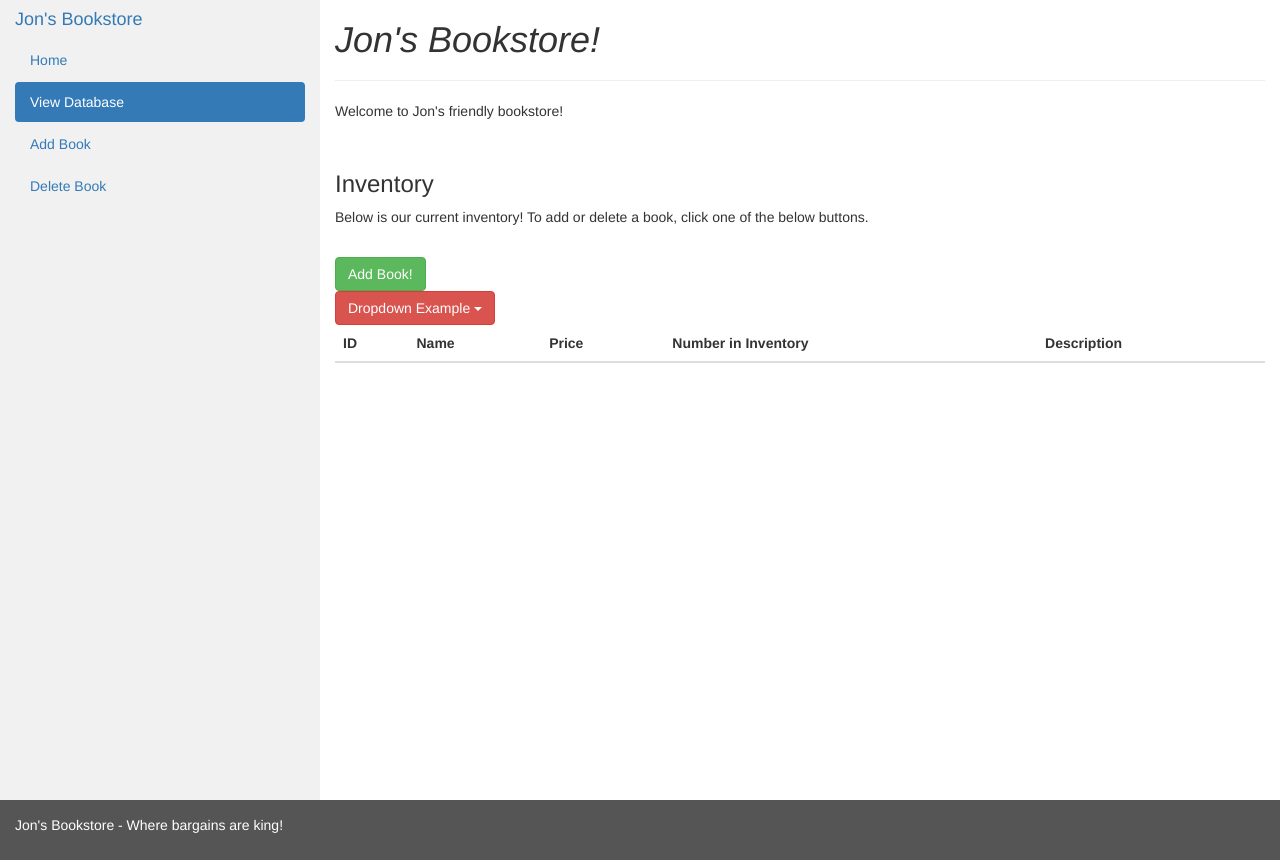
Repository: Inferno51/bookstoreproject
Page: http://localhost/bookstore/readfromdb.jsp
An editor plug-in stored every save of this project. The page is shown before and after the next save, followed by the edit.
The browser window is 1280 px wide. The pictures show the whole page.
The page is served by Tomcat 9. Other server files are loaded and not shown. Queries for data that is not in the repository find no rows.

Above is the page before, as saved 2016-09-02 18:06:19.

### bookstore/src/main/webapp/readfromdb.jsp
<%@page import="com.bookstore.DAO"%>
<%@page import="com.bookstore.Book"%>
<%@ page language="java" contentType="text/html; charset=ISO-8859-1"
	pageEncoding="ISO-8859-1"%>
<!DOCTYPE html PUBLIC "-//W3C//DTD HTML 4.01 Transitional//EN" "http://www.w3.org/TR/html4/loose.dtd">
<html>
<head>
<title>Jon's Bookstore</title>
<meta http-equiv="Content-Type" content="text/html; charset=ISO-8859-1">
<meta charset="utf-8">
<meta name="viewport" content="width=device-width, initial-scale=1">
<link rel="stylesheet" href="styles.css">
<link rel="stylesheet"
	href="http://maxcdn.bootstrapcdn.com/bootstrap/3.3.7/css/bootstrap.min.css">
<script
	src="https://ajax.googleapis.com/ajax/libs/jquery/1.12.4/jquery.min.js"></script>
<script
	src="http://maxcdn.bootstrapcdn.com/bootstrap/3.3.7/js/bootstrap.min.js"></script>
</head>
<body>
	<div class="container-fluid">
		<div class="row content">
			<div class="col-sm-3 sidenav">
				<h4>
					<a href="index.html">Jon's Bookstore</a>
				</h4>
				<ul class="nav nav-pills nav-stacked">
					<li><a href="index.html">Home</a></li>
					<li class="active"><a href="readfromdb.jsp">View Database</a></li>
					<li><a href="addbook.html">Add Book</a></li>
					<li><a href="deletebook.html">Delete Book</a></li>
				</ul>
				<br>
			</div>

			<div class="col-sm-9">
				<h1>
					<em>Jon's Bookstore!</em>
					</h4>
					<hr>
					<p>Welcome to Jon's friendly bookstore!</p>
					<br>
					<h3>Inventory</h3>
					<p>Below is our current inventory! To add or delete a book,
						click one of the below buttons.</p>
					<br>
					<a href="addbook.html" class="btn btn-success" role="button">Add Book!</a>

					<div class="dropdown" id="deleteDropDown">
					    <form id="deleting" action="DeleteFromDB" method="POST">
						    <button class="btn btn-danger dropdown-toggle" type="button" data-toggle="dropdown">Dropdown Example
						    	<span class="caret"></span>
						    </button>
							    <ul class = "dropdown-menu" role = "menu" name = "deletename">
							    	<li role = "presentation">
							    		<option selected="selected" style="display:none">Select a Book to Delete.</option>
									    	<%
												com.bookstore.DAO.readFromDB();
											%>
											<%
												Book readToJSP = new Book();


												for (int i = 0; i < DAO.ourBooks.size(); i++) {
													readToJSP = DAO.ourBooks.get(i);
											%>
											<option><%=readToJSP.getBookName()%></option>
											<% } %>
							    	</li>
							    </ul>
					    </form>
				  	</div>

					<table class="table table-striped">
						<thead>
							<tr>
								<th>ID</th>
								<th>Name</th>
								<th>Price</th>
								<th>Number in Inventory</th>
								<th>Description</th>
							</tr>
						</thead>
						<tbody>
							<%
								Book displayBook = new Book();

								for (int j = 0; j < DAO.ourBooks.size(); j++) {
									displayBook = DAO.ourBooks.get(j);
							%>
							<tr>
								<td><%=displayBook.getBookID()%></td>
								<td><%=displayBook.getBookName()%></td>
								<td><%=displayBook.getBookPrice()%></td>
								<td><%=displayBook.getBookCount()%></td>
								<td><%=displayBook.getBookDesc()%></td>
							</tr>
							<%
								}
								DAO.ourBooks.clear();
							%>

						</tbody>
					</table>

			</div>
		</div>
	</div>

	<footer class="container-fluid">
	<p>Jon's Bookstore - Where bargains are king!</p>
	</footer>
</body>
</html>

### bookstore/src/main/java/com/bookstore/DAO.java
package com.bookstore;

import java.sql.*;
import java.util.ArrayList;

public class DAO {

	static final String JDBC_DRIVER = "com.mysql.cj.jdbc.Driver";
	static final String DB_URL = "jdbc:mysql://127.0.0.1:3306/?user=root&autoReconnect=true&useSSL=false";
	static final String USER = "root";
	static final String PASSWORD = "sesame";

	static Connection CONN = null;
	static Statement STMT = null;
	static PreparedStatement PREP = null;
	static ResultSet RES = null;
	public static ArrayList<Book> ourBooks = new ArrayList<>();

	public static void connToDB() {
		try {
			Class.forName(JDBC_DRIVER);
			CONN = DriverManager.getConnection(DB_URL, USER, PASSWORD);
		} catch (SQLException | ClassNotFoundException e) {
			e.printStackTrace();
		} // Try connection statement
	} // connToDB

	public static void readFromDB() {
		connToDB();



		try {
			STMT = CONN.createStatement();
			RES = STMT.executeQuery("SELECT * FROM products.books;");

			while (RES.next()) {
				Book myBook = new Book();
				myBook.setBookID(RES.getInt("book_id"));
				myBook.setBookName(RES.getString("book_name"));
				myBook.setBookPrice(RES.getDouble("book_price"));
				myBook.setBookCount(RES.getInt("book_inv_count"));
				myBook.setBookDesc(RES.getString("book_desc"));

				ourBooks.add(myBook);

			}

			for (Book book : ourBooks) {
				System.out.println(book.toString());
			}

		} catch (SQLException e) {
			e.printStackTrace();
		}
	} // readFromDB

	private static String insertIntoTable = "INSERT INTO `products`.`books` "
			+ "(book_name, book_price, book_inv_count, book_desc)"
			+ " VALUES "
			+ "(?, ?, ?, ?)";

	public static void writeToDB(Book newBook) {

		Book bookToAdd = new Book();

		bookToAdd = newBook;

		try {
			connToDB();

			PREP = CONN.prepareStatement(insertIntoTable);

			PREP.setString(1, bookToAdd.getBookName());
			PREP.setDouble(2, bookToAdd.getBookPrice());
			PREP.setInt(3, bookToAdd.getBookCount());
			PREP.setString(4, bookToAdd.getBookDesc());

			System.out.println(PREP);

			PREP.executeUpdate();

		} catch (SQLException e) {
			e.printStackTrace();
		}

	}

	private static String updateDB = ("UPDATE `products`.`books` SET `book_name` = ?, `book_price` = ?, `book_inv_count` = ?, `book_desc` = ? WHERE `book_id` = ?");

	public static void updateDB(Book newBook) {

		readFromDB();

		Book bookToUpdate = new Book();

		bookToUpdate = newBook;

		try {
			PREP = CONN.prepareStatement(updateDB);

			PREP.setString(1, bookToUpdate.getBookName());
			PREP.setDouble(2, bookToUpdate.getBookPrice());
			PREP.setInt(3, bookToUpdate.getBookCount());
			PREP.setString(4, bookToUpdate.getBookDesc());
			PREP.setInt(5, bookToUpdate.getBookID());

			PREP.executeUpdate();

		} catch (SQLException e) {
			e.printStackTrace();
		}
	} // updateDB

	public static void deleteFromDatabase(Book newBook) {
		Book bookToDelete = new Book();
		bookToDelete = newBook;

		try {
			connToDB();
			PREP = CONN.prepareStatement("DELETE FROM `products`.`books` WHERE book_ID = ?");
			PREP.setInt(1, bookToDelete.getBookID());
			PREP.executeUpdate();
		} catch (SQLException e) {
			e.printStackTrace();
		}
	} // deleteFromDatabase
}

### bookstore/src/main/java/com/bookstore/Book.java
package com.bookstore;

public class Book {

	private int bookID = 0;
	private int bookCount = 0;
	private double bookPrice = 0.0d;
	private String bookName = null;
	private String bookDesc = null;

	// Constructor
	public Book(int bookID, int bookCount, double bookPrice, String bookName, String bookDesc) {
		super();
		this.bookID = bookID;
		this.bookCount = bookCount;
		this.bookPrice = bookPrice;
		this.bookName = bookName;
		this.bookDesc = bookDesc;
	} // Constructor

	// Blank constructor
	public Book() {
		super();
	} // Blank constructor


	// Getters and setters
	public int getBookID() {
		return bookID;
	}

	public void setBookID(int bookID) {
		this.bookID = bookID;
	}

	public int getBookCount() {
		return bookCount;
	}

	public void setBookCount(int bookCount) {
		this.bookCount = bookCount;
	}

	public double getBookPrice() {
		return bookPrice;
	}

	public void setBookPrice(double bookPrice) {
		this.bookPrice = bookPrice;
	}

	public String getBookName() {
		return bookName;
	}

	public void setBookName(String bookName) {
		this.bookName = bookName;
	}

	public String getBookDesc() {
		return bookDesc;
	}

	public void setBookDesc(String bookDesc) {
		this.bookDesc = bookDesc;
	}
	// Getters and setters


	@Override
	public String toString() {
		return "Book [bookID=" + bookID + ", bookCount=" + bookCount + ", bookPrice=" + bookPrice + ", bookName="
				+ bookName + ", bookDesc=" + bookDesc + "]";
	} // toString method



}

### bookstore/src/main/webapp/styles.css
@CHARSET "ISO-8859-1";
/* Set height of the grid so .sidenav can be 100% (adjust if needed) */
.row.content {
	height: 800px
}

/* Set gray background color and 100% height */
.sidenav {
	background-color: #f1f1f1;
	height: 100%;
}

/* Set black background color, white text and some padding */
footer {
	background-color: #555;
	color: white;
	padding: 15px;
}

/* On small screens, set height to 'auto' for sidenav and grid */
@media screen and (max-width: 767px) {
	.sidenav {
		height: auto;
		padding: 15px;
	}
	.row.content {
		height: auto;
	}
}

After the next save:
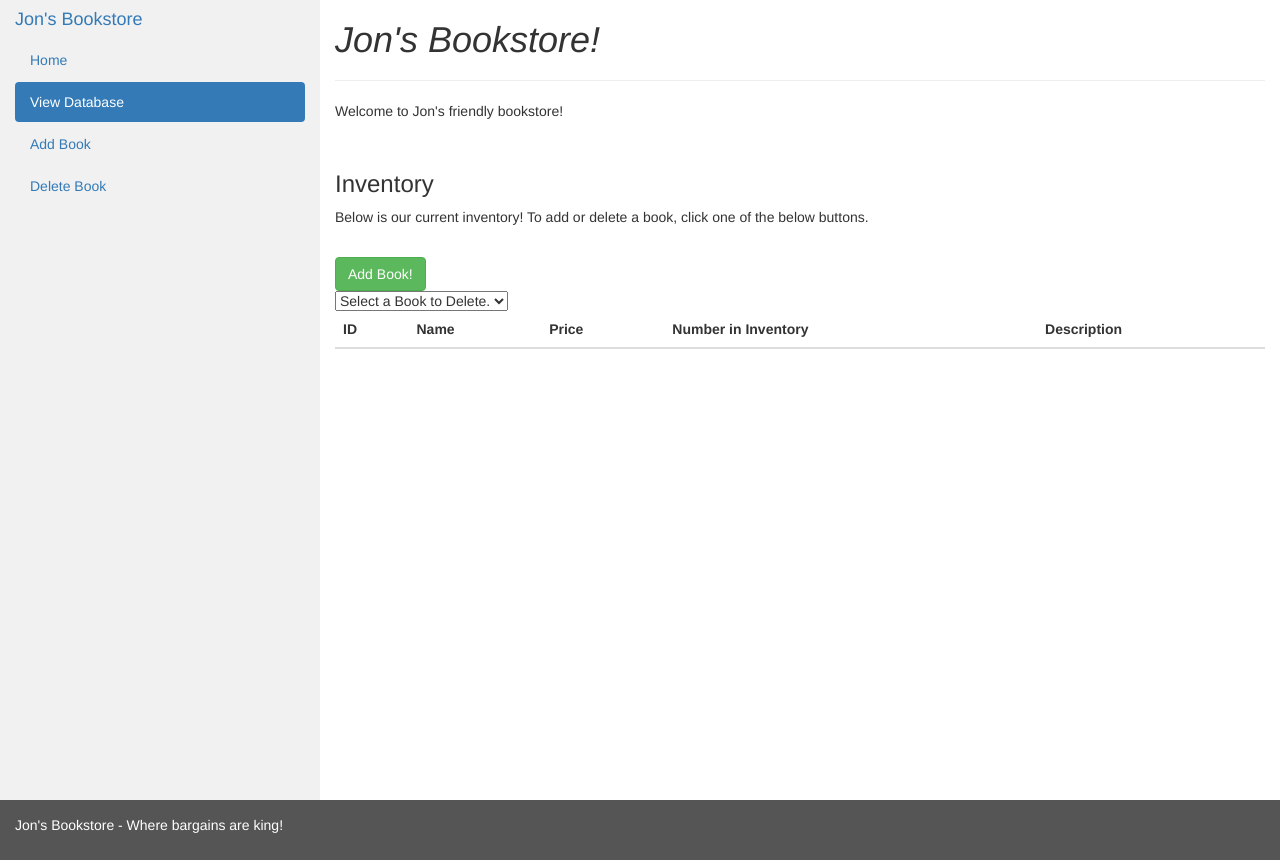
Saved 52 s later.
--- a/bookstore/src/main/webapp/readfromdb.jsp
+++ b/bookstore/src/main/webapp/readfromdb.jsp
@@ -48,26 +48,22 @@
 
 					<div class="dropdown" id="deleteDropDown">
 					    <form id="deleting" action="DeleteFromDB" method="POST">
-						    <button class="btn btn-danger dropdown-toggle" type="button" data-toggle="dropdown">Dropdown Example
-						    	<span class="caret"></span>
-						    </button>
-							    <ul class = "dropdown-menu" role = "menu" name = "deletename">
-							    	<li role = "presentation">
-							    		<option selected="selected" style="display:none">Select a Book to Delete.</option>
-									    	<%
-												com.bookstore.DAO.readFromDB();
-											%>
-											<%
-												Book readToJSP = new Book();
+
+							    <select name="deletename" onchange="this.form.submit()">
+							    	<option selected="selected" style="display:none">Select a Book to Delete.</option>
+							    	<%
+										com.bookstore.DAO.readFromDB();
+									%>
+									<%
+										Book readToJSP = new Book();
 
 
-												for (int i = 0; i < DAO.ourBooks.size(); i++) {
-													readToJSP = DAO.ourBooks.get(i);
-											%>
-											<option><%=readToJSP.getBookName()%></option>
-											<% } %>
-							    	</li>
-							    </ul>
+										for (int i = 0; i < DAO.ourBooks.size(); i++) {
+											readToJSP = DAO.ourBooks.get(i);
+									%>
+									<option><%=readToJSP.getBookName()%></option>
+									<% } %>
+							    </select>
 					    </form>
 				  	</div>
 
